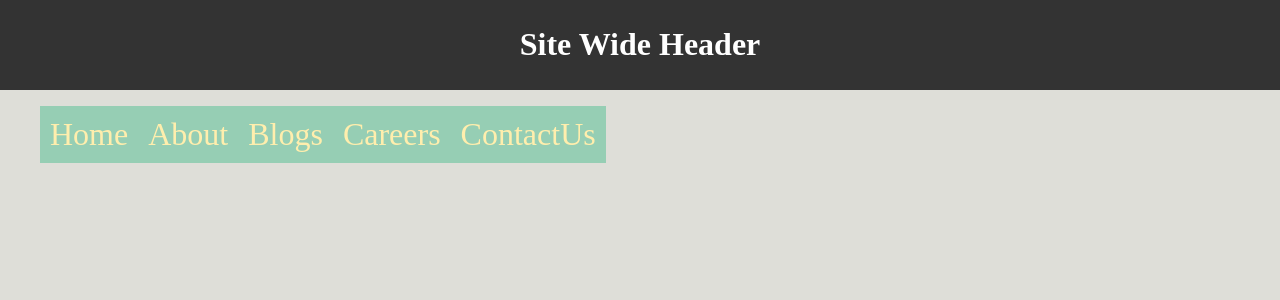
Repository: ayeza-baseer/AssignmentFlexbox
Page: assignment.html
These files come from the project's save history. The page is drawn as it stood at one moment and after the next save; the edit follows.
The browser window is 1280 px wide. The pictures show the whole page.

Above is the page before, as saved 2023-03-17 13:37:09.

### assignment.html
<!DOCTYPE html>
<html lang="en">
<head>

    <link rel="stylesheet" href="assignment.css">


</head>
<body>
<div>
    <header class="header"><h1>
        Site Wide Header
    </h1></header>
    <nav>
        <ul class="container">
            <li>Home</li>
            <li>About</li>
            <li>Blogs</li>
            <li>Careers</li>
            <li>ContactUs</li>
        </ul>
    </nav>


</div>

</body>
</html>

### assignment.css
.header{
    padding: 5px;
    background-color: #333;
	 color: #ccc;

    text-align: center;

    color: white;
}

body{
    margin:0;
    background-color: #deded8;
}

.container{
    display: flex;
}

.container > li {
    padding: 10px;
    text-align: center;
    font-size: 2em;
    color: #ffeead;
    box-sizing: border-box;
    background-color: #96ceb4;
    list-style-type: none;
  }

After the next save:
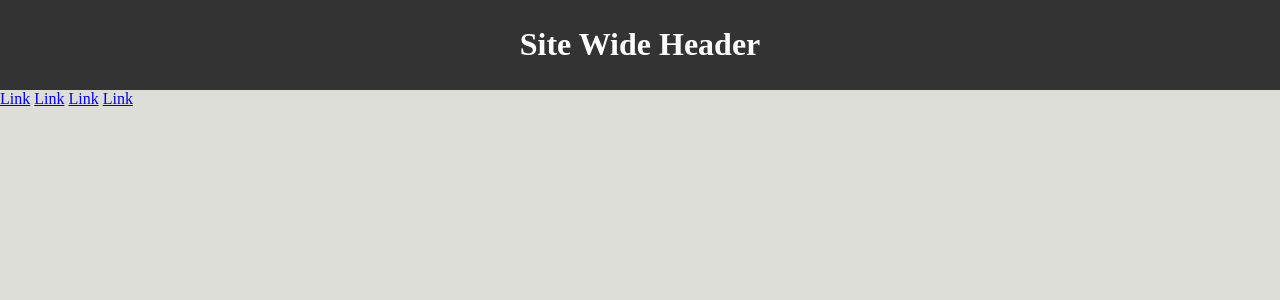
Saved 106 s later.
--- a/assignment.html
+++ b/assignment.html
@@ -11,15 +11,12 @@
     <header class="header"><h1>
         Site Wide Header
     </h1></header>
-    <nav>
-        <ul class="container">
-            <li>Home</li>
-            <li>About</li>
-            <li>Blogs</li>
-            <li>Careers</li>
-            <li>ContactUs</li>
-        </ul>
-    </nav>
+    <div class="navbar">
+        <a href="#">Link</a>
+        <a href="#">Link</a>
+        <a href="#">Link</a>
+        <a href="#">Link</a>
+      </div>
 
 
 </div>
